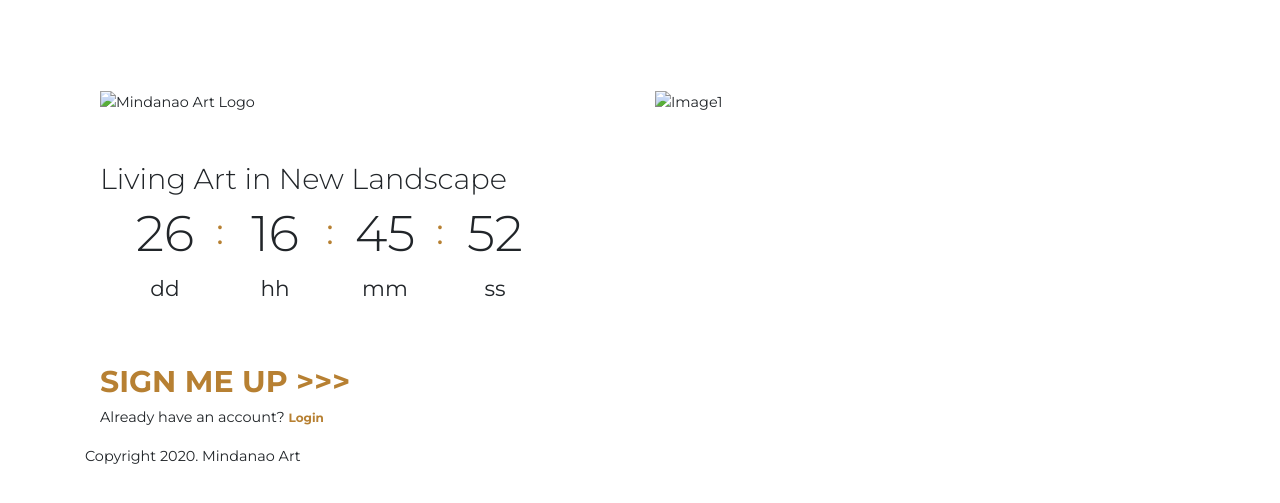
Repository: KleKlai/project-exodus
Page: http://localhost/
The author's editor kept a copy of each file at every save. The page is drawn from the files as they stood at one save, then again after the next save.
The browser window is 1280 px wide. The pictures show the whole page.
The page is served by the project's Laravel application, run on PHP 8.4 with Laravel 8. Other server files are loaded and not shown.

Above is the page before, as saved 2020-10-03 01:05:13.

### app/Model/Art.php
<?php

namespace App\Model;

use Spatie\Activitylog\Traits\LogsActivity;
use Illuminate\Database\Eloquent\SoftDeletes;
use Illuminate\Database\Eloquent\Model;
use Webpatser\Uuid\Uuid;
use Auth;


class Art extends Model
{
    use SoftDeletes, LogsActivity;

    protected $guarded = [
        'uuid', 'id', 'created_at', 'updated_at'
    ];

    /**
     * For Activity Log settings
     *
     */
    protected static $logName = 'Art';
    protected static $logUnguarded = true;
    protected static $submitEmptyLogs = false;
    protected static $recordEvents = ['created', 'updated', 'deleted'];

    public function getDescriptionForEvent(string $eventName): string
    {
        return Auth::user()->name . " {$eventName} art successfully";
    }


    public static function boot()
    {
        parent::boot();
        self::creating(function ($model) {
            $model->uuid = (string) Uuid::generate(4);
        });
    }

    /**
     * Get the route key for the model.
     *
     * @return string
     */
    public function getRouteKeyName()
    {
        return 'uuid';
    }

    protected $casts = [
        'tag' => 'array'
    ];

    public function user()
    {
        return $this->belongsTo('App\User');
    }

    public function watch()
    {
        return $this->hasMany('App\Model\Art\Watch');
    }
}

### app/Model/Art/Category.php
<?php

namespace App\Model\Art;

use Illuminate\Database\Eloquent\Model;
use Spatie\Activitylog\Traits\LogsActivity;

class Category extends Model
{
    use LogsActivity;

    protected $fillable = ['name', 'description'];

    /**
     * For Activity Log settings
     *
     */
    protected static $logName = 'System';
    protected static $logUnguarded = true;
    protected static $submitEmptyLogs = false;
    protected static $recordEvents = ['created', 'updated', 'deleted'];

    public function getDescriptionForEvent(string $eventName): string
    {
        return "Art category component {$eventName} successfully";
    }
}

### app/Observers/Art/CategoryObserver.php
<?php

namespace App\Observers\Art;

use App\Model\Art\Category;
use Auth;

class CategoryObserver
{
    /**
     * Handle the category "created" event.
     *
     * @param  \App\Model\Art\Category  $category
     * @return void
     */
    public function created(Category $category)
    {
        activity('Art Component')
            ->causedBy(Auth::user()->id)
            ->withProperties(['name' => $category->name])
            ->log('Art category component created successfully.');
    }

    /**
     * Handle the category "updated" event.
     *
     * @param  \App\Model\Art\Category  $category
     * @return void
     */
    public function updated(Category $category)
    {
        //
    }

    /**
     * Handle the category "deleted" event.
     *
     * @param  \App\Model\Art\Category  $category
     * @return void
     */
    public function deleted(Category $category)
    {
        activity('Art Component')
            ->causedBy(Auth::user()->id)
            ->withProperties(['name' => $category->name])
            ->log('Art category component deleted successfully.');
    }

    /**
     * Handle the category "restored" event.
     *
     * @param  \App\Model\Art\Category  $category
     * @return void
     */
    public function restored(Category $category)
    {
        //
    }

    /**
     * Handle the category "force deleted" event.
     *
     * @param  \App\Model\Art\Category  $category
     * @return void
     */
    public function forceDeleted(Category $category)
    {
        //
    }
}

### app/Model/Art/Material.php
<?php

namespace App\Model\Art;

use Illuminate\Database\Eloquent\Model;
use Spatie\Activitylog\Traits\LogsActivity;

class Material extends Model
{
    use LogsActivity;

    protected $fillable = ['name', 'description'];

    /**
     * For Activity Log settings
     *
     */
    protected static $logName = 'System';
    protected static $submitEmptyLogs = false;
    protected static $recordEvents = ['created', 'deleted'];

    public function getDescriptionForEvent(string $eventName): string
    {
        return "Art material component {$eventName} successfully";
    }
}

### app/Observers/Art/MaterialObserver.php
<?php

namespace App\Observers\Art;

use App\Model\Art\Material;
use Auth;

class MaterialObserver
{
    /**
     * Handle the material "created" event.
     *
     * @param  \App\Model\Art\Material  $material
     * @return void
     */
    public function created(Material $material)
    {
        activity('Art Component')
            ->causedBy(Auth::user()->id)
            ->withProperties(['name' => $material->name])
            ->log('Art material component created successfully.');
    }

    /**
     * Handle the material "updated" event.
     *
     * @param  \App\Model\Art\Material  $material
     * @return void
     */
    public function updated(Material $material)
    {
        //
    }

    /**
     * Handle the material "deleted" event.
     *
     * @param  \App\Model\Art\Material  $material
     * @return void
     */
    public function deleted(Material $material)
    {
        activity('Art Component')
            ->causedBy(Auth::user()->id)
            ->withProperties(['name' => $material->name])
            ->log('Art material component deleted successfully.');
    }

    /**
     * Handle the material "restored" event.
     *
     * @param  \App\Model\Art\Material  $material
     * @return void
     */
    public function restored(Material $material)
    {
        //
    }

    /**
     * Handle the material "force deleted" event.
     *
     * @param  \App\Model\Art\Material  $material
     * @return void
     */
    public function forceDeleted(Material $material)
    {
        //
    }
}

### app/Model/Art/Medium.php
<?php

namespace App\Model\Art;

use Illuminate\Database\Eloquent\Model;
use Spatie\Activitylog\Traits\LogsActivity;

class Medium extends Model
{
    use LogsActivity;

    protected $fillable = ['name', 'description'];

    /**
     * For Activity Log settings
     *
     */
    protected static $logName = 'System';
    protected static $submitEmptyLogs = false;
    protected static $recordEvents = ['created', 'deleted'];

    public function getDescriptionForEvent(string $eventName): string
    {
        return "Art medium component {$eventName} successfully";
    }
}

### app/Observers/Art/MediumObserver.php
<?php

namespace App\Observers\Art;

use App\Model\Art\Medium;
use Auth;

class MediumObserver
{
    /**
     * Handle the medium "created" event.
     *
     * @param  \App\Model\Art\Medium  $medium
     * @return void
     */
    public function created(Medium $medium)
    {
        activity('Art Component')
            ->causedBy(Auth::user()->id)
            ->withProperties(['name' => $medium->name])
            ->log('Art medium component created successfully.');
    }

    /**
     * Handle the medium "updated" event.
     *
     * @param  \App\Model\Art\Medium  $medium
     * @return void
     */
    public function updated(Medium $medium)
    {
        //
    }

    /**
     * Handle the medium "deleted" event.
     *
     * @param  \App\Model\Art\Medium  $medium
     * @return void
     */
    public function deleted(Medium $medium)
    {
        activity('Art Component')
            ->causedBy(Auth::user()->id)
            ->withProperties(['name' => $medium->name])
            ->log('Art medium component deleted successfully.');
    }

    /**
     * Handle the medium "restored" event.
     *
     * @param  \App\Model\Art\Medium  $medium
     * @return void
     */
    public function restored(Medium $medium)
    {
        //
    }

    /**
     * Handle the medium "force deleted" event.
     *
     * @param  \App\Model\Art\Medium  $medium
     * @return void
     */
    public function forceDeleted(Medium $medium)
    {
        //
    }
}

### app/Model/Art/Size.php
<?php

namespace App\Model\Art;

use Illuminate\Database\Eloquent\Model;
use Spatie\Activitylog\Traits\LogsActivity;

class Size extends Model
{
    use LogsActivity;

    protected $fillable = ['name', 'description'];

    /**
     * For Activity Log settings
     *
     */
    protected static $logName = 'System';
    protected static $submitEmptyLogs = false;
    protected static $recordEvents = ['created', 'deleted'];

    public function getDescriptionForEvent(string $eventName): string
    {
        return "Art size component {$eventName} successfully";
    }
}

### app/Observers/Art/SizeObserver.php
<?php

namespace App\Observers\Art;

use App\Model\Art\Size;
use Auth;

class SizeObserver
{
    /**
     * Handle the size "created" event.
     *
     * @param  \App\Model\Art\Size  $size
     * @return void
     */
    public function created(Size $size)
    {
        activity('Art Component')
            ->causedBy(Auth::user()->id)
            ->withProperties(['name' => $size->name])
            ->log('Art size component created successfully.');
    }

    /**
     * Handle the size "updated" event.
     *
     * @param  \App\Model\Art\Size  $size
     * @return void
     */
    public function updated(Size $size)
    {
        //
    }

    /**
     * Handle the size "deleted" event.
     *
     * @param  \App\Model\Art\Size  $size
     * @return void
     */
    public function deleted(Size $size)
    {
        activity('Art Component')
            ->causedBy(Auth::user()->id)
            ->withProperties(['name' => $size->name])
            ->log('Art size component deleted successfully.');
    }

    /**
     * Handle the size "restored" event.
     *
     * @param  \App\Model\Art\Size  $size
     * @return void
     */
    public function restored(Size $size)
    {
        //
    }

    /**
     * Handle the size "force deleted" event.
     *
     * @param  \App\Model\Art\Size  $size
     * @return void
     */
    public function forceDeleted(Size $size)
    {
        //
    }
}

### app/Model/Art/Style.php
<?php

namespace App\Model\Art;

use Illuminate\Database\Eloquent\Model;
use Spatie\Activitylog\Traits\LogsActivity;

class Style extends Model
{
    use LogsActivity;

    protected $fillable = ['name', 'description'];

    /**
     * For Activity Log settings
     *
     */
    protected static $logName = 'System';
    protected static $submitEmptyLogs = false;
    protected static $recordEvents = ['created', 'deleted'];

    public function getDescriptionForEvent(string $eventName): string
    {
        return "Art style component {$eventName} successfully";
    }
}

### app/Observers/Art/StyleObserver.php
<?php

namespace App\Observers\Art;

use App\Model\Art\Style;
use Auth;

class StyleObserver
{
    /**
     * Handle the style "created" event.
     *
     * @param  \App\Model\Art\Style  $style
     * @return void
     */
    public function created(Style $style)
    {
        activity('Art Component')
            ->causedBy(Auth::user()->id)
            ->withProperties(['name' => $style->name])
            ->log('Art style component created successfully.');
    }

    /**
     * Handle the style "updated" event.
     *
     * @param  \App\Model\Art\Style  $style
     * @return void
     */
    public function updated(Style $style)
    {
        //
    }

    /**
     * Handle the style "deleted" event.
     *
     * @param  \App\Model\Art\Style  $style
     * @return void
     */
    public function deleted(Style $style)
    {
        activity('Art Component')
            ->causedBy(Auth::user()->id)
            ->withProperties(['name' => $style->name])
            ->log('Art style component deleted successfully.');
    }

    /**
     * Handle the style "restored" event.
     *
     * @param  \App\Model\Art\Style  $style
     * @return void
     */
    public function restored(Style $style)
    {
        //
    }

    /**
     * Handle the style "force deleted" event.
     *
     * @param  \App\Model\Art\Style  $style
     * @return void
     */
    public function forceDeleted(Style $style)
    {
        //
    }
}

### app/Model/Art/Subject.php
<?php

namespace App\Model\Art;

use Illuminate\Database\Eloquent\Model;
use Spatie\Activitylog\Traits\LogsActivity;

class Subject extends Model
{
    use LogsActivity;

    protected $fillable = ['name', 'description'];

    /**
     * For Activity Log settings
     *
     */
    protected static $logName = 'System';
    protected static $submitEmptyLogs = false;
    protected static $recordEvents = ['created', 'deleted'];

    public function getDescriptionForEvent(string $eventName): string
    {
        return "Art subject component {$eventName} successfully";
    }
}

### app/Observers/Art/SubjectObserver.php
<?php

namespace App\Observers\Art;

use App\Model\Art\Subject;

use Auth;

class SubjectObserver
{
    /**
     * Handle the subject "created" event.
     *
     * @param  \App\Model\Art\Subject  $subject
     * @return void
     */
    public function created(Subject $subject)
    {
        activity('Art Component')
            ->causedBy(Auth::user()->id)
            ->withProperties(['name' => $subject->name])
            ->log('Art subject component created successfully.');
    }

    /**
     * Handle the subject "updated" event.
     *
     * @param  \App\Model\Art\Subject  $subject
     * @return void
     */
    public function updated(Subject $subject)
    {
        //
    }

    /**
     * Handle the subject "deleted" event.
     *
     * @param  \App\Model\Art\Subject  $subject
     * @return void
     */
    public function deleted(Subject $subject)
    {
        activity('Art Component')
            ->causedBy(Auth::user()->id)
            ->withProperties(['name' => $subject->name])
            ->log('Art subject component deleted successfully.');
    }

    /**
     * Handle the subject "restored" event.
     *
     * @param  \App\Model\Art\Subject  $subject
     * @return void
     */
    public function restored(Subject $subject)
    {
        //
    }

    /**
     * Handle the subject "force deleted" event.
     *
     * @param  \App\Model\Art\Subject  $subject
     * @return void
     */
    public function forceDeleted(Subject $subject)
    {
        //
    }
}

### app/Model/Support/Ticket.php
<?php

namespace App\Model\Support;

use Spatie\Activitylog\Traits\LogsActivity;
use Illuminate\Database\Eloquent\Model;
use Webpatser\Uuid\Uuid;
use Auth;

class Ticket extends Model
{
    use LogsActivity;

    protected $guarded = [
        'id', 'uuid', 'created_at', 'updated_at'
    ];

    /**
     * For Activity Log settings
     *
     */
    protected static $logName = 'Support Ticket';
    protected static $logUnguarded = true;
    protected static $submitEmptyLogs = false;
    protected static $recordEvents = ['created', 'updated', 'deleted'];

    public static function boot()
    {
        parent::boot();
        self::creating(function ($model) {
            $model->uuid = (string) Uuid::generate(4);
        });
    }

    /**
     * Get the route key for the model.
     *
     * @return string
     */
    public function getRouteKeyName()
    {
        return 'uuid';
    }

    public function user()
    {
        return $this->belongsTo('App\User');
    }
}

### app/Observers/TicketObserver.php
<?php

namespace App\Observers;

use App\Services\NotificationService as Notify;
use App\Model\Support\Ticket;
use Auth;
use Log;
use App\User;

class TicketObserver
{
    /**
     * Handle the ticket "created" event.
     *
     * @param  \App\Model\Support\Ticket  $ticket
     * @return void
     */
    public function created(Ticket $ticket)
    {
        // User Activity Log
        activity('Support Ticket')
            ->causedBy(Auth::user()->id)
            ->log($ticket->id . ' has been submitted successfully.');

        // Log into the System
        Log::info(Auth::user()->name . ' submit new ticket ref: '. $ticket->id);

        // Todo: Make Notification
        $message = 'Submit a ticket with ticket ' . $ticket->id;
        Notify::Admin(Auth::user()->name, $message); //Notify Admin for ticket submission
    }

    /**
     * Handle the ticket "updated" event.
     *
     * @param  \App\Model\Support\Ticket  $ticket
     * @return void
     */
    public function updated(Ticket $ticket)
    {
        //
    }

    /**
     * Handle the ticket "deleted" event.
     *
     * @param  \App\Model\Support\Ticket  $ticket
     * @return void
     */
    public function deleted(Ticket $ticket)
    {
        //
    }

    /**
     * Handle the ticket "restored" event.
     *
     * @param  \App\Model\Support\Ticket  $ticket
     * @return void
     */
    public function restored(Ticket $ticket)
    {
        //
    }

    /**
     * Handle the ticket "force deleted" event.
     *
     * @param  \App\Model\Support\Ticket  $ticket
     * @return void
     */
    public function forceDeleted(Ticket $ticket)
    {
        //
    }
}

### resources/views/welcome.blade.php
<!DOCTYPE html>
<html lang="{{ str_replace('_', '-', app()->getLocale()) }}">
    <head>
        <meta charset="utf-8">
        <meta name="viewport" content="width=device-width, initial-scale=1">

        <!-- CSRF Token -->
        <meta name="csrf-token" content="{{ csrf_token() }}">

        <title>{{ config('app.name', 'Laravel') }}</title>

        <!-- App favicon -->
        <link rel="shortcut icon" href="{{ asset('/images/nav.ico') }}">

        <!-- Scripts -->
        <script src="{{ asset('js/app.js') }}" defer></script>

        <!-- Fonts -->
        <link rel="dns-prefetch" href="//fonts.gstatic.com">
        <link href="https://fonts.googleapis.com/css?family=Nunito" rel="stylesheet">
        <link href="https://fonts.googleapis.com/css?family=Montserrat:200,300,400,600,700,800,900&display=swap" rel="stylesheet">

        <!-- Styles -->
        <link href="{{ asset('css/app.css') }}" rel="stylesheet">

        <style>
            * {
                font-family: 'Montserrat';
            }

            body {
                background-color: white;
            }

            #pattern {
                margin-top: 17px;
                width: 100%;
                background: url('/images/spattern.png');
                background-repeat: repeat;
                background-size: 34px 27px;
            }

            .picture {
                width: 100%;
            }


            .wide {
                margin-top: 50px;
            }

            .column{
                color: #b78032;
                font-size: 35px;
            }

            #root {
                display: grid;
                justify-items: center;
                grid-template-columns: 100px 10px 100px 10px 100px 10px 100px;
                grid-template-areas:
                    "day column1 hour column2 minute column3 second"
                    "dayl . hourl . minutel . secondl";
            }

            h1, h2 {
                font-weight: 300 !important;
            }

            .day { grid-area: day; font-size: 50px;}
            .hour { grid-area: hour; font-size: 50px;}
            .minute { grid-area: minute; font-size: 50px;}
            .second { grid-area: second; font-size: 50px;}
            .dayl { grid-area: dayl;}
            .hourl { grid-area: hourl;}
            .minutel { grid-area: minutel;}
            .secondl { grid-area: secondl;}

            .link {
                font-size: 30px;
                text-decoration: none;
                color: #b78032;
                font-weight: bold;
            }

            .link:hover{
                text-decoration: none;
                color: #5e4119;
            }

            @media (max-width: 992px) {
                #root {
                    display: grid;
                    justify-items: center;
                    grid-template-columns: 40px 10px 40px 10px 40px 10px 40px;
                    grid-template-areas:
                        "day column1 hour column2 minute column3 second"
                        "dayl . hourl . minutel . secondl";
                }

                .day { grid-area: day; font-size: 30px; margin: 0;}
                .hour { grid-area: hour; font-size: 30px; margin: 0;}
                .minute { grid-area: minute; font-size: 30px; margin: 0;}
                .second { grid-area: second; font-size: 30px; margin: 0;}
                .dayl { grid-area: dayl; font-size: 12px; margin: 0;}
                .hourl { grid-area: hourl; font-size: 12px; margin: 0;}
                .minutel { grid-area: minutel; font-size: 12px; margin: 0;}
                .secondl { grid-area: secondl; font-size: 12px; margin: 0;}

                .column{
                    color: #b78032;
                    font-size: 20px;
                    margin: 0;
                }

                .link {
                    font-size: 20px;
                }
            }
        </style>
    </head>
    <body>
        <div>
            <div id="pattern">
                    <img src="/images/spattern.png" alt="">
            </div>
            <div class="container wide">
                <div class="row">
                    <div class="col-md">
                        <div class="container">
                            <div class="row row-cols-1">
                                <div class="col">
                                    <img src="/images/logo.png" alt="Mindanao Art Logo">
                                </div>
                                <div class="col py-5">
                                    <h2>Living Art in New Landscape</h2>

                                    <div class="container">
                                        <div id="countdown">
                                            <div id="root">
                                                <h1 class="day" id="days"></h1> <p class="column">:</p>
                                                <h1 class="hour" id="hours"></h1> <p  class="column">:</p>
                                                <h1 class="minute" id="minutes"></h1> <p class="column">:</p>
                                                <h1 class="second" id="seconds"></h1>
                                                <h4 class="dayl">dd</h4>
                                                <h4 class="hourl">hh</h4>
                                                <h4 class="minutel">mm</h4>
                                                <h4 class="secondl">ss</h4>
                                            </div>
                                        </div>
                                    </div>
                                </div>
                                <div class="col">
                                    <a class="link" href="/register">
                                        SIGN ME UP >>>
                                        <font-awesome-icon icon="angle-right" />
                                        <font-awesome-icon icon="angle-right" />
                                        <font-awesome-icon icon="angle-right" />
                                    </a>
                                    <p>Already have an account? <a class="link" style="font-size: 12px;" href="/login">Login</a></p>
                                </div>
                            </div>
                        </div>
                    </div>
                    <div class="col-md">
                        <img class="picture" src="/images/image1.png" alt="Image1">
                    </div>
                </div>
            </div>

            <div class="container footer">
                <p>Copyright 2020. Mindanao Art</p>
            </div>
        </div>

        <script>
            (function () {
                const second = 1000,
                        minute = second * 60,
                        hour = minute * 60,
                        day = hour * 24,
                        birthday = "Oct 21, 2020 08:00:00";

                let countDown = new Date(birthday).getTime(),
                    x = setInterval(function() {

                        let now = new Date().getTime(),
                            distance = countDown - now;

                        document.getElementById("days").innerText = Math.floor(distance / (day)),
                        document.getElementById("hours").innerText = Math.floor((distance % (day)) / (hour)),
                        document.getElementById("minutes").innerText = Math.floor((distance % (hour)) / (minute)),
                        document.getElementById("seconds").innerText = Math.floor((distance % (minute)) / second);

                        //do something later when date is reached
                        if (distance < 0) {
                        let headline = document.getElementById("headline"),
                            countdown = document.getElementById("countdown"),
                            content = document.getElementById("content");

                        headline.innerText = "It's my birthday!";
                        countdown.style.display = "none";
                        content.style.display = "block";

                        clearInterval(x);
                        }
                        //seconds
                    }, 0)
                }());
        </script>
    </body>
</html>

Loaded but not shown: app/Http/Controllers/Auth/LoginController.php (common file); app/Http/Controllers/Controller.php (common file); app/Http/Controllers/Auth/ConfirmPasswordController.php (common file); public/css/app.css (library); routes/web.php (101 lines, source omitted); app/Observers/ArtObserver.php (91 lines, source omitted)

After the next save:
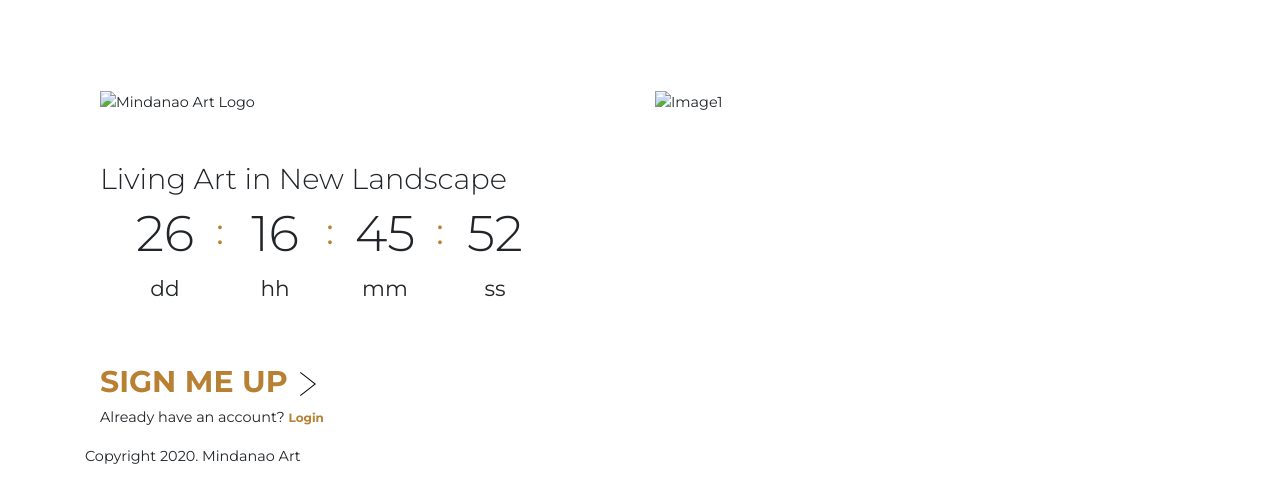
Saved 11 h 33 min later.
--- a/resources/views/welcome.blade.php
+++ b/resources/views/welcome.blade.php
@@ -152,10 +152,8 @@
                                 </div>
                                 <div class="col">
                                     <a class="link" href="/register">
-                                        SIGN ME UP >>>
-                                        <font-awesome-icon icon="angle-right" />
-                                        <font-awesome-icon icon="angle-right" />
-                                        <font-awesome-icon icon="angle-right" />
+                                        SIGN ME UP
+                                        <svg width="24" height="24" xmlns="http://www.w3.org/2000/svg" fill-rule="evenodd" clip-rule="evenodd"><path d="M4 .755l14.374 11.245-14.374 11.219.619.781 15.381-12-15.391-12-.609.755z"/></svg>
                                     </a>
                                     <p>Already have an account? <a class="link" style="font-size: 12px;" href="/login">Login</a></p>
                                 </div>
